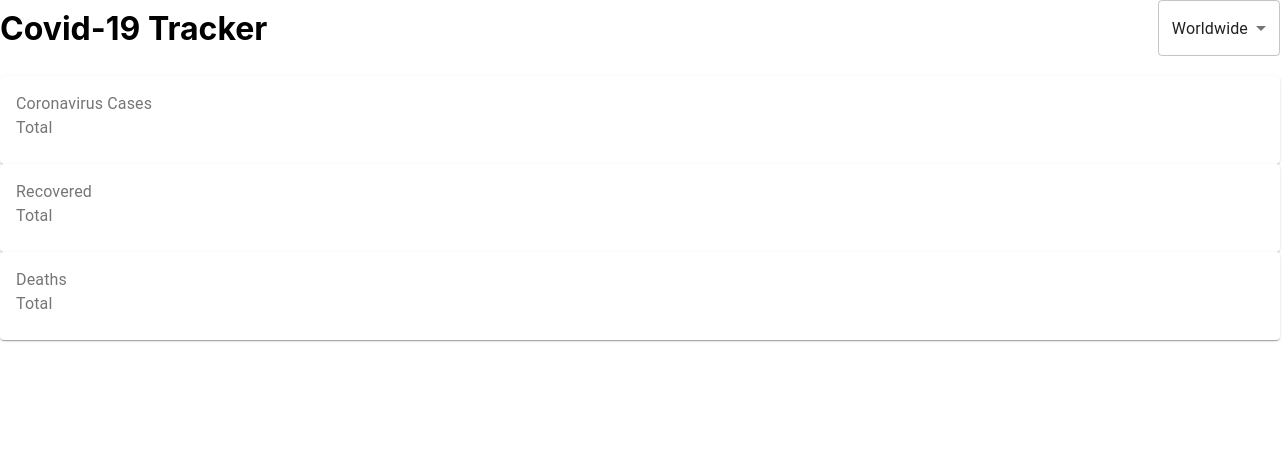
Repository: aashajo/covid-tracker-app-react
Page: /
These files come from the project's save history. The page is drawn as it stood at one moment and after the next save; the edit follows.
The browser window is 1280 px wide. The page is 1288 px wide, so the pictures cover 1288 px, including what lies to the right of the window. The pictures show the whole page.
The page's requests for data from a server got no answer. The project was rebuilt for these pictures with package versions that can differ from the ones it lists, and the page was loaded fresh each time. No one was signed in, and anything a server would have sent is missing.

Above is the page before, as saved 2020-08-25 21:30:36.

After the next save:
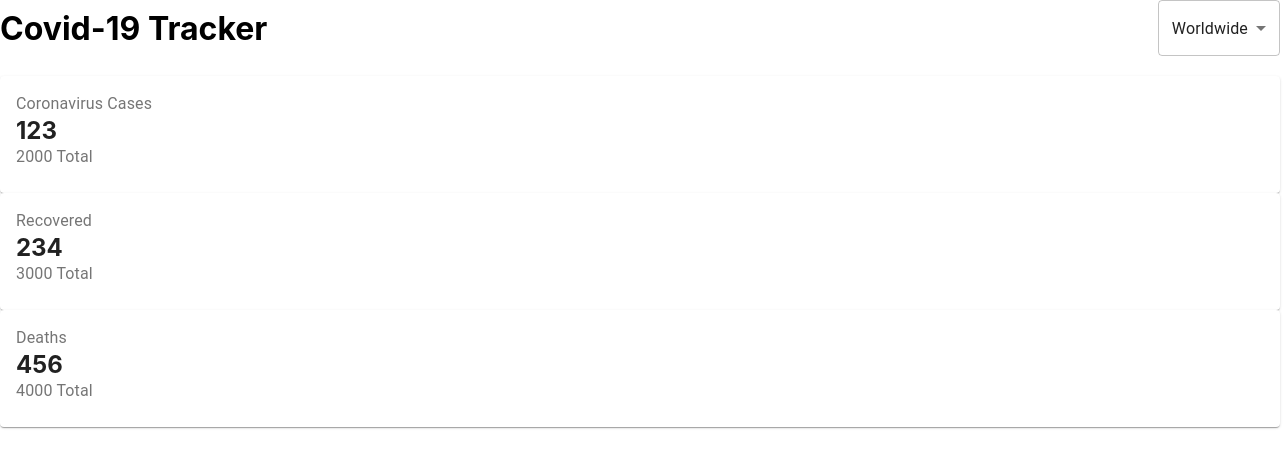
Saved 2 min 31 s later.
--- a/src/App.js
+++ b/src/App.js
@@ -54,9 +54,9 @@ function App() {
 
       {/* Info Box */}
       <div className="app_stats">
-              <Infobox title="Coronavirus Cases"/>
-              <Infobox title="Recovered"/>
-              <Infobox title="Deaths"/>
+              <Infobox title="Coronavirus Cases" cases={123} total={2000} />
+              <Infobox title="Recovered" cases={234} total={3000} />
+              <Infobox title="Deaths" cases={456} total={4000} />
       </div>
 
       {/* Table */}
